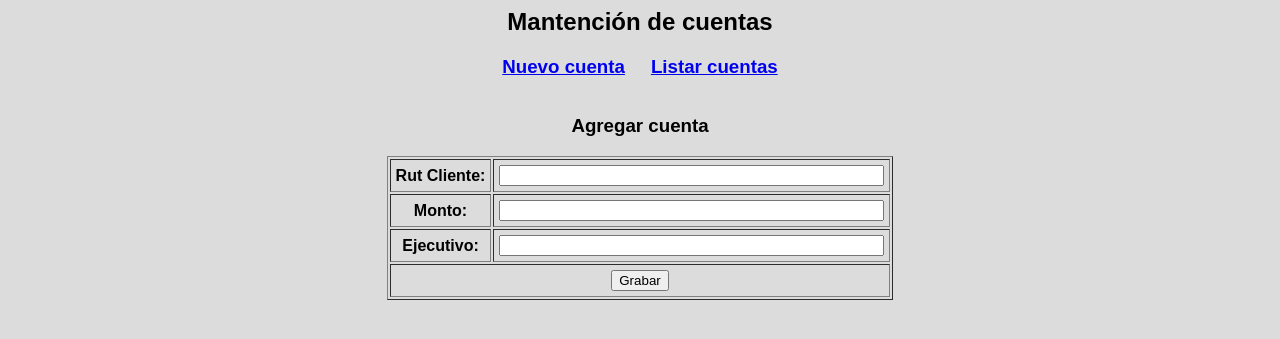
Repository: miguelalvarezcl/examen
Page: http://localhost/CtaCorriente/newcuenta
The author's editor kept a copy of each file at every save. The page is drawn from the files as they stood at one save, then again after the next save.
The browser window is 1280 px wide. The pictures show the whole page.
The page is served by Tomcat 9. Other server files are loaded and not shown.

Above is the page before, as saved 2021-11-13 22:00:57.

### CtaCorriente/WebContent/FormularioCuenta.jsp
<%@ page language="java" contentType="text/html; charset=UTF-8"
    pageEncoding="UTF-8"%>
<%@ taglib uri = "http://java.sun.com/jsp/jstl/core" prefix = "c" %>
<html>
<head>
    <title>:::... Banco Platinum ...:::</title>
</head>
<body>

    <center>
        <h2>Mantención de cuentas</h2>
        <h3>
            <a href="/CtaCorriente/newcuenta">Nuevo cuenta</a>
            &nbsp;&nbsp;&nbsp;
            <a href="/CtaCorriente/listCuentabd">Listar cuentas</a>

        </h3>
    </center>
    <div align="center">
        <c:if test="${cuentabd != null}">
            <form action="updatecuenta" method="post">
        </c:if>
        <c:if test="${cuentabd == null}">
            <form action="insertcuenta" method="post">
        </c:if>
        <table border="1" cellpadding="5">
            <caption>
                <h3>
                    <c:if test="${usuariobd != null}">
                        Editar cuenta
                    </c:if>
                    <c:if test="${usuariobd == null}">
                        Agregar cuenta
                    </c:if>
                </h3>
            </caption>
                <c:if test="${cuentabd != null}">
                    <input type="hidden" name="id" value="${cuentabd.id}" />
                </c:if>
            <tr>
                <th>Rut Cliente: </th>
                <td>
                    <input type="text" name="rutcliente" size="45"
                            value="${cuentabd.rutcliente}"
                        />
                </td>
            </tr>
            <tr>
                <th>Monto: </th>
                <td>
                    <input type="text" name="monto" size="45"
                            value="${cuentabd.monto}"
                    />
                </td>
            </tr>
            <tr>
                <th>Ejecutivo: </th>
                <td>
                    <input type="text" name="ejecutivo" size="45"
                            value="${cuentabd.ejecutivo}"
                    />
                </td>
            </tr>


            <tr>
                <td colspan="2" align="center">
                    <input type="submit" value="Grabar" />
                </td>
            </tr>
        </table>
        </form>
    </div>
</body>
</html>

<style>
body{
	font-family: arial, helvetica;
	background: #DCDCDC;
}
</style>

### CtaCorriente/src/com/platinum/ControllerServlet.java
package com.platinum;

import java.io.IOException;
import java.sql.SQLException;
import java.util.List;

import javax.servlet.RequestDispatcher;
import javax.servlet.ServletException;
import javax.servlet.http.HttpServlet;
import javax.servlet.http.HttpServletRequest;
import javax.servlet.http.HttpServletResponse;


public class ControllerServlet extends HttpServlet {
    private static final long serialVersionUID = 1L;
    private UsuariobdDAO usuariobdDAO;
    private PersonabdDAO personabdDAO;
    private CuentabdDAO cuentabdDAO;
    private TransferenciaDAO transferenciaDAO;

    public void init() {
        String jdbcURL = getServletContext().getInitParameter("jdbcURL");
        String jdbcUsername = getServletContext().getInitParameter("jdbcUsername");
        String jdbcPassword = getServletContext().getInitParameter("jdbcPassword");

        usuariobdDAO = new UsuariobdDAO(jdbcURL, jdbcUsername, jdbcPassword);
        personabdDAO = new PersonabdDAO(jdbcURL, jdbcUsername, jdbcPassword);
        cuentabdDAO = new CuentabdDAO(jdbcURL, jdbcUsername, jdbcPassword);
        transferenciaDAO = new TransferenciaDAO(jdbcURL, jdbcUsername, jdbcPassword);

    }

    protected void doPost(HttpServletRequest request, HttpServletResponse response)
            throws ServletException, IOException {
        doGet(request, response);
    }

    protected void doGet(HttpServletRequest request, HttpServletResponse response)
            throws ServletException, IOException {
        String action = request.getServletPath();

        try {
            switch (action) {
            case "/new":
                showNewForm(request, response);
                break;
            case "/newpersona":
                showNewFormPersona(request, response);
                break;

            case "/newcuenta":
                showNewFormCuenta(request, response);
                break;

            case "/newtransferencia":
                showNewFormTransferencia(request, response);
                break;

            case "/insert":
                insertUsuariobd(request, response);
                break;

            case "/insertpersona":
                insertPersonabd(request, response);
                break;

            case "/insertcuenta":
                insertCuentabd(request, response);
                break;

            case "/inserttransferencia":
                insertTransferencia(request, response);
                break;
            case "/deletecuenta":
                deleteCuentabd(request, response);
                break;

            case "/deletepersona":
                deletePersonabd(request, response);
                break;
            case "/delete":
                deleteUsuariobd(request, response);
                break;
            case "/editpersona":
                showEditFormPersona(request, response);
                break;

            case "/editcuenta":
                showEditFormCuenta(request, response);
                break;

            case "/edit":
                showEditForm(request, response);
                break;
            case "/update":
                updateUsuariobd(request, response);
                break;
            case "/updatepersona":
                updatePersonabd(request, response);
                break;

            case "/updatecuenta":
                updateCuentabd(request, response);
                break;


            case "/listPersonabd":
            	listPersonabd(request, response);
                break;

            case "/listCuentabd":
            	//System.out.println("1");
            	listCuentabd(request, response);
                break;
            case "/listTransferencia":
            	listTransferencia(request, response);
                break;
            default:
                listUsuariobd(request, response);
                break;
            }
        } catch (SQLException ex) {
            throw new ServletException(ex);
        }
    }



    private void listTransferencia(HttpServletRequest request, HttpServletResponse response)
            throws SQLException, IOException, ServletException {


        List<Transferencia> listTransferencia = transferenciaDAO.listAllTransferencia();

        request.setAttribute("listTransferencia", listTransferencia);
        RequestDispatcher dispatcher = request.getRequestDispatcher("ListaTransferencia.jsp");
        dispatcher.forward(request, response);
    }

    private void listCuentabd(HttpServletRequest request, HttpServletResponse response)
            throws SQLException, IOException, ServletException {


        List<Cuentabd> listCuentabd = cuentabdDAO.listAllCuentabd();

        request.setAttribute("listCuentabd", listCuentabd);
        RequestDispatcher dispatcher = request.getRequestDispatcher("ListaCuentas.jsp");
        dispatcher.forward(request, response);
    }

    private void listPersonabd(HttpServletRequest request, HttpServletResponse response)
            throws SQLException, IOException, ServletException {

        List<Personabd> listPersonabd = personabdDAO.listAllPersonabd();

        request.setAttribute("listPersonabd", listPersonabd);
        RequestDispatcher dispatcher = request.getRequestDispatcher("ListaPersonas.jsp");
        dispatcher.forward(request, response);
    }

    private void listUsuariobd(HttpServletRequest request, HttpServletResponse response)
            throws SQLException, IOException, ServletException {
        List<Usuariobd> listUsuariobd = usuariobdDAO.listAllUsuariosbd();
        request.setAttribute("listUsuariobd", listUsuariobd);
        RequestDispatcher dispatcher = request.getRequestDispatcher("ListaUsuarios.jsp");
        dispatcher.forward(request, response);
    }


    private void showNewForm(HttpServletRequest request, HttpServletResponse response)
            throws ServletException, IOException {
        RequestDispatcher dispatcher = request.getRequestDispatcher("FormularioUsuario.jsp");
        dispatcher.forward(request, response);
    }

    private void showNewFormPersona(HttpServletRequest request, HttpServletResponse response)
            throws ServletException, IOException {
        RequestDispatcher dispatcher = request.getRequestDispatcher("FormularioPersona.jsp");
        dispatcher.forward(request, response);
    }

    private void showNewFormCuenta(HttpServletRequest request, HttpServletResponse response)
            throws ServletException, IOException {
        RequestDispatcher dispatcher = request.getRequestDispatcher("FormularioCuenta.jsp");
        dispatcher.forward(request, response);
    }

    private void showNewFormTransferencia(HttpServletRequest request, HttpServletResponse response)
            throws ServletException, IOException {
        RequestDispatcher dispatcher = request.getRequestDispatcher("FormularioTransferencia.jsp");
        dispatcher.forward(request, response);
    }


    private void showEditForm(HttpServletRequest request, HttpServletResponse response)
            throws SQLException, ServletException, IOException {
        int id = Integer.parseInt(request.getParameter("id"));
        Usuariobd existingUsuariobd = usuariobdDAO.getUsuariobd(id);
        RequestDispatcher dispatcher = request.getRequestDispatcher("FormularioUsuario.jsp");
        request.setAttribute("usuariobd", existingUsuariobd);
        dispatcher.forward(request, response);

    }

    private void showEditFormPersona(HttpServletRequest request, HttpServletResponse response)
            throws SQLException, ServletException, IOException {
        String rut = request.getParameter("rut");
        Personabd existingPersonabd = personabdDAO.getPersonabd(rut);
        RequestDispatcher dispatcher = request.getRequestDispatcher("FormularioPersona.jsp");
        request.setAttribute("personabd", existingPersonabd);
        dispatcher.forward(request, response);


    }

    private void showEditFormCuenta(HttpServletRequest request, HttpServletResponse response)
            throws SQLException, ServletException, IOException {
        int id = Integer.parseInt(request.getParameter("id"));
        Cuentabd existingCuentabd = cuentabdDAO.getCuentabd(id);
        RequestDispatcher dispatcher = request.getRequestDispatcher("FormularioCuenta.jsp");
        request.setAttribute("cuentabd", existingCuentabd);
        dispatcher.forward(request, response);


    }

    private void insertUsuariobd(HttpServletRequest request, HttpServletResponse response)
            throws SQLException, IOException {
        String nombreusuario = request.getParameter("nombreusuario");
        String password = request.getParameter("password");


        Usuariobd newUsuariobd = new Usuariobd(nombreusuario, password);
        usuariobdDAO.insertUsuariobd(newUsuariobd);
        response.sendRedirect("list");
    }

    private void insertPersonabd(HttpServletRequest request, HttpServletResponse response)
            throws SQLException, IOException {
    	String rut = request.getParameter("rut");
        String nombre = request.getParameter("nombre");
        String apellido = request.getParameter("apellido");
        String direccion = request.getParameter("direccion");
        String correo = request.getParameter("correo");
        String telefono = request.getParameter("telefono");

        Personabd newPersonabd = new Personabd(rut,nombre, apellido,direccion,correo,telefono);
        personabdDAO.insertPersonabd(newPersonabd);
        response.sendRedirect("listPersonabd");
    }

    private void insertTransferencia(HttpServletRequest request, HttpServletResponse response)
            throws SQLException, IOException {
        String rutpersona = request.getParameter("rutpersona");
        int idusuario = Integer.parseInt(request.getParameter("idusuario"));
        int idcuenta = Integer.parseInt(request.getParameter("idcuenta"));
        int montotransferencia = Integer.parseInt(request.getParameter("montotransferencia"));
        int cuentatransferencia = Integer.parseInt(request.getParameter("cuentatransferencia"));
        String tipocuenta = request.getParameter("tipocuenta");

        Transferencia newTransferencia = new Transferencia(rutpersona, idusuario,idcuenta,montotransferencia,cuentatransferencia,tipocuenta);
        transferenciaDAO.insertTransferencia(newTransferencia);
        response.sendRedirect("listTransferencia");
    }

    private void insertCuentabd(HttpServletRequest request, HttpServletResponse response)
            throws SQLException, IOException {
        String rutcliente = request.getParameter("rutcliente");
        String monto = request.getParameter("monto");
        String ejecutivo = request.getParameter("ejecutivo");

        Cuentabd newCuentabd = new Cuentabd(rutcliente, monto,ejecutivo);
        cuentabdDAO.insertCuentabd(newCuentabd);
        response.sendRedirect("listCuentabd");
    }


    private void updatePersonabd(HttpServletRequest request, HttpServletResponse response)
            throws SQLException, IOException {
        String rut = request.getParameter("rut");
        String nombre = request.getParameter("nombre");
        String apellido = request.getParameter("apellido");
        String direccion = request.getParameter("direccion");
        String correo = request.getParameter("correo");
        String telefono = request.getParameter("telefono");


        Personabd personabd = new Personabd(rut, nombre, apellido,direccion,correo,telefono);
        personabdDAO.updatePersonabd(personabd);
        response.sendRedirect("listPersonabd");
    }


    private void updateCuentabd(HttpServletRequest request, HttpServletResponse response)
            throws SQLException, IOException {
    	System.out.println("paso");

        String rutcliente = request.getParameter("rutcliente");
        String monto = request.getParameter("monto");
        String ejecutivo = request.getParameter("ejecutivo");
        int id = Integer.parseInt(request.getParameter("id"));
        Cuentabd cuentabd = new Cuentabd(id, rutcliente, monto , ejecutivo);
        System.out.println("paso2");
        cuentabdDAO.updateCuentabd(cuentabd);
        response.sendRedirect("listCuentabd");
    }


    private void updateUsuariobd(HttpServletRequest request, HttpServletResponse response)
            throws SQLException, IOException {
        int id = Integer.parseInt(request.getParameter("id"));
        String nombreusuario = request.getParameter("nombreusuario");
        String password = request.getParameter("password");


        Usuariobd usuariobd = new Usuariobd(id, nombreusuario, password);
        usuariobdDAO.updateUsuariobd(usuariobd);
        response.sendRedirect("list");
    }

    private void deleteUsuariobd(HttpServletRequest request, HttpServletResponse response)
            throws SQLException, IOException {
        int id = Integer.parseInt(request.getParameter("id"));

        Usuariobd usuariobd = new Usuariobd(id);
        usuariobdDAO.deleteUsuariobd(usuariobd);
        response.sendRedirect("list");

    }

    private void deletePersonabd(HttpServletRequest request, HttpServletResponse response)
            throws SQLException, IOException {
        String rut = request.getParameter("rut");

        Personabd personabd = new Personabd(rut);
        personabdDAO.deletePersonabd(personabd);
        response.sendRedirect("listPersonabd");
    }


    private void deleteCuentabd(HttpServletRequest request, HttpServletResponse response)
            throws SQLException, IOException {
        int id = Integer.parseInt(request.getParameter("id"));

        Cuentabd cuentabd = new Cuentabd(id);
        cuentabdDAO.deleteCuentabd(cuentabd);
        response.sendRedirect("listCuentabd");
    }



}

After the next save:
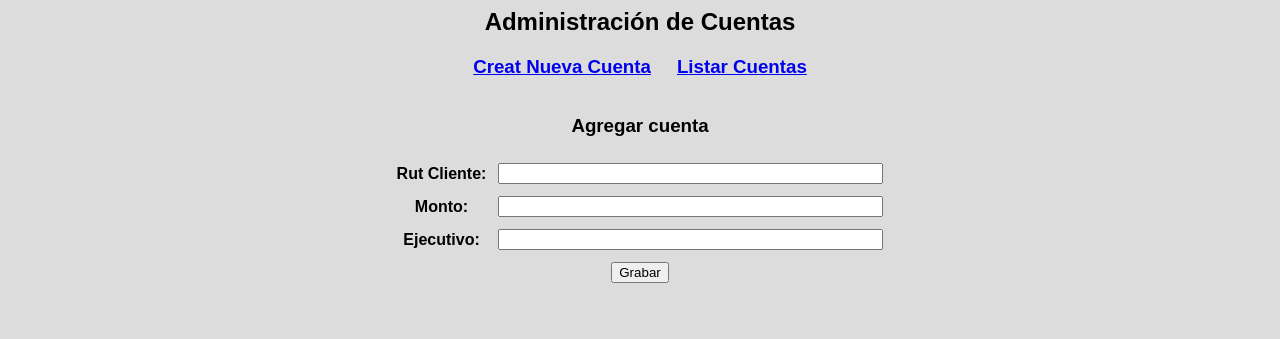
Saved 12 min 56 s later.
--- a/CtaCorriente/WebContent/FormularioCuenta.jsp
+++ b/CtaCorriente/WebContent/FormularioCuenta.jsp
@@ -8,11 +8,11 @@
 <body>
 
     <center>
-        <h2>Mantención de cuentas</h2>
+        <h2>Administración de Cuentas</h2>
         <h3>
-            <a href="/CtaCorriente/newcuenta">Nuevo cuenta</a>
+            <a href="/CtaCorriente/newcuenta">Creat Nueva Cuenta</a>
             &nbsp;&nbsp;&nbsp;
-            <a href="/CtaCorriente/listCuentabd">Listar cuentas</a>
+            <a href="/CtaCorriente/listCuentabd">Listar Cuentas</a>
 
         </h3>
     </center>
@@ -23,7 +23,7 @@
         <c:if test="${cuentabd == null}">
             <form action="insertcuenta" method="post">
         </c:if>
-        <table border="1" cellpadding="5">
+        <table border="0" cellpadding="5">
             <caption>
                 <h3>
                     <c:if test="${usuariobd != null}">
